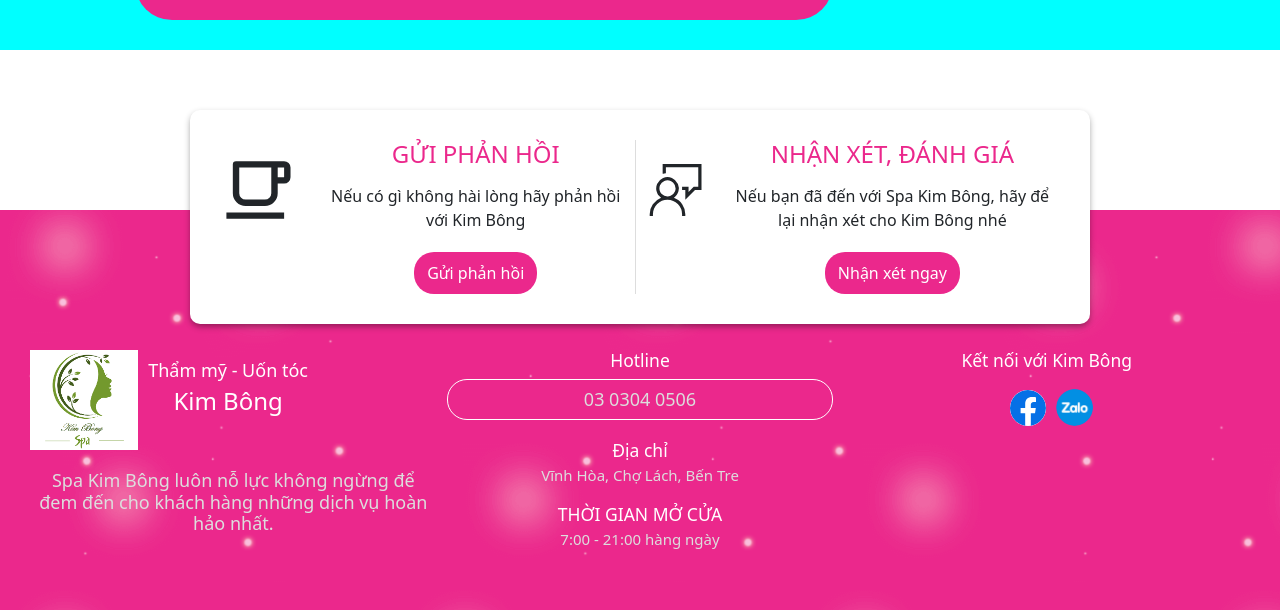
Repository: tranduykhuong/SpaKimBong
Page: /about
An editor plug-in stored every save of this project. The page is shown before and after the next save, followed by the edit.
The browser window is 1280 px wide. The pictures show the part of the page from y = 938 to 1558 px (the page is 1548 px tall before and 1558 px after).
The project was rebuilt for these pictures with package versions that can differ from the ones it lists, and the page was loaded fresh each time. Also part of the build but not shown: src/components/Header/Slider/slider.scss, src/components/Header/Slider/Slider.js, src/components/Header/ListImage/listImage.scss, src/components/Header/ListImage/ListImage.js, src/pages/Home/home.scss, src/pages/Home/ListImage/listImage.scss, src/pages/Home/ListImage/ListImage.js, src/pages/Home/BookOnline/bookOnl.scss and 6 more.

Above is the page before, as saved 2022-06-02 21:39:09.

After the next save:
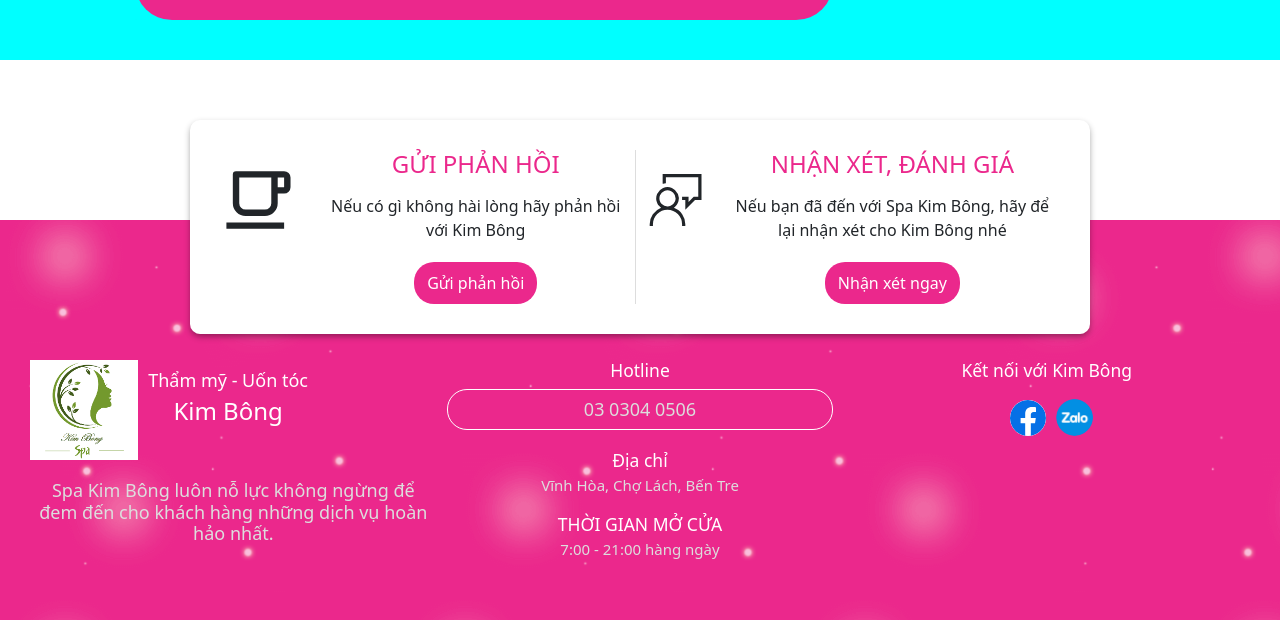
Saved 15 s later.
--- a/src/pages/About/About.js
+++ b/src/pages/About/About.js
@@ -18,7 +18,9 @@
                 <div className="box-img">
                   <img width={200} height={100} src="https://i.pinimg.com/originals/2c/84/5a/2c845a66b8ad2a8aafd288bdc16cd459.jpg"></img>
                 </div>
-                <div className="box-content"></div>
+                <div className="box-content">
+                  <p>Hiền cảm thấy vô cùng tự hào khi spa của mình đã nhận được sự tin tưởng của hàng chục nghìn khách hàng khu vực TPHCM và nhiều tỉnh thành lân cận. Thậm chí nhiều bạn không quản ngại đường xá xa xôi, di chuyển từ tận miền Trung, miền Bắc đến điều trị.</p>
+                </div>
               </div>
             </div>
           </div>
